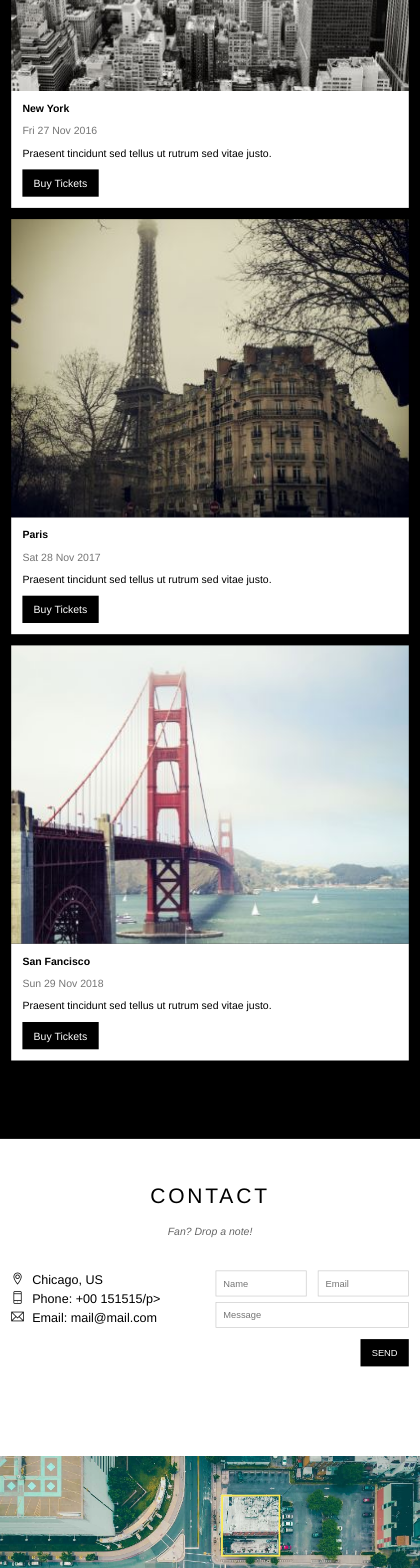
Repository: ThinhTran2k/BigBang-Band-Website
Page: index.html
These files come from the project's save history. The page is drawn as it stood at one moment and after a run of saves; the edit follows.
The browser window is 600 px wide. The pictures show the part of the page from y = 4260 to 6500 px (the page is 6870 px tall before and 6951 px after), at 70% of full size.

Above is the page before, as saved 2021-03-16 18:16:56.
Console error: TypeError: Cannot set properties of undefined (setting 'onclick')

### index.html
<!DOCTYPE html>
<html lang="en">
<head>
    <meta charset="UTF-8">
    <meta http-equiv="X-UA-Compatible" content="IE=edge">
    <meta name="viewport" content="width=device-width, initial-scale=1.0">
    <title>Brand</title>
    <link rel="icon" href="asset/img/favicon.png" type="image/x-icon" />
    <link rel="stylesheet" href="./asset/css/style.css">
    <link rel="stylesheet" href="./asset/css/responsive.css">
    <link rel="stylesheet" href="./asset/font/themify-icons/themify-icons.css">
</head>
<body>
    <div class="wrapper">
        <div class="header">
            <!-- Navigation -->
            <ul class="nav">
                <li><a href="#">Home</a></li>
                <li><a href="#band">Band</a></li>
                <li><a href="#tour">Tour</a></li>
                <li><a href="#contact">Contact</a></li>
                <li>
                    <a href="#">
                        More
                        <i class="nav-arrow-icon ti-angle-down"></i>
                    </a>
                    <ul class="subnav">
                        <li><a href="#">Merchandise</a></li>
                        <li><a href="#">Extras</a></li>
                        <li><a href="#">Media</a></li>
                    </ul>
                </li>
            </ul>

            <!-- Search -->
            <div class="header__search">
                <i class="header__search-icon ti-search"> </i>
            </div>

            <div class="mobi-menu-responsive">
                <i class="menu-icon ti-menu"></i>
            </div>
        </div>

        <div class="slider">
            <div class="text-content">
                <h2 class="text-heading">New York</h2>
                <div class="text-description">The atmosphere in New York is lorem ipsum.</div>
            </div>
        </div>

        <div class="content" >
            <div class="content-section" id="band">
                <h2 class="section-heading">THE BAND</h2>
                <p class="section-subheading">We love music</p>
                <p class="about">We have created a fictional band website. Lorem ipsum dolor sit amet, consectetur adipiscing elit, sed do eiusmod tempor
                incididunt ut labore et dolore magna aliqua. Ut enim ad minim veniam, quis nostrud exercitation ullamco laboris nisi ut
                aliquip ex ea commodo consequat. Duis aute irure dolor in reprehenderit in voluptate velit esse cillum dolore eu fugiat
                nulla pariatur. Excepteur sint occaecat cupidatat non proident, sunt in culpa qui officia deserunt mollit anim id est
                laborum consectetur adipiscing elit, sed do eiusmod tempor incididunt ut labore et dolore magna aliqua. Ut enim ad minim
                veniam, quis nostrud exercitation ullamco laboris nisi ut aliquip ex ea commodo consequat.
                </p>

                <div class="row member-list member-list-resp">
                    <div class="member-item member-item-resp">
                        <p class="member-name">T.O.P</p>
                        <img src="./asset/img/T.O.P.jpg" alt="name" class="member-img">
                    </div>
                    <div class="member-item member-item-resp">
                        <p class="member-name">Taeyong</p>
                        <img src="./asset/img/Taeyong.jpg" alt="name" class="member-img">
                    </div>
                    <div class="member-item member-item-resp">
                        <p class="member-name">G-Dragon</p>
                        <img src="./asset/img/G-dragon.jpg" alt="name" class="member-img">
                    </div>
                    <div class="member-item member-item-resp">
                        <p class="member-name">Deasung</p>
                        <img src="./asset/img/Deasung.jpg" alt="name" class="member-img">
                    </div>
                    <div class="member-item member-item-resp">
                        <p class="member-name">Seungri</p>
                        <img src="./asset/img/Seung-hyun.png" alt="name" class="member-img">
                    </div>
                </div>
            </div>
            <div class="content-section--black" id="tour">
                <div class="content-section">
                    <h2 class="section-heading text-white">TOUR DATES</h2>
                    <p class="section-subheading text-white">Remember to book your tickets!</p>
                    <!-- Tickets -->
                    <ul class="tickets-list">
                        <li>September <span class="sold-out">Sold out</span></li>
                        <li>October <span class="sold-out">Sold out</span></li>
                        <li>November <span class="quantity">3</span></li>
                    </ul>
                    <!-- Places -->
                    <div class="row place-list">
                        <div class="col col-third s-col-full mt-16">
                            <img src="./asset/img/newyork.jpg" alt="place" class="place-img">
                            <div class="place-content">
                                <h3 class="place-heading">New York</h3>
                                <p class="place-time">Fri 27 Nov 2016</p>
                                <p class="place-desc">Praesent tincidunt sed tellus ut rutrum sed vitae justo.</p>
                                <a href="#" class="place-buy-btn">Buy Tickets</a>
                            </div>
                        </div>
                        <div class="col col-third s-col-full mt-16">
                            <img src="./asset/img/paris.jpg" alt="place" class="place-img">
                            <div class="place-content">
                                <h3 class="place-heading">Paris</h3>
                                <p class="place-time">Sat 28 Nov 2017</p>
                                <p class="place-desc">Praesent tincidunt sed tellus ut rutrum sed vitae justo.</p>
                                <a href="#" class="place-buy-btn">Buy Tickets</a>
                            </div>
                        </div>
                        <div class="col col-third s-col-full mt-16">
                            <img src="./asset/img/sanfran.jpg" alt="place" class="place-img">
                            <div class="place-content">
                                <h3 class="place-heading">San Fancisco</h3>
                                <p class="place-time">Sun 29 Nov 2018</p>
                                <p class="place-desc">Praesent tincidunt sed tellus ut rutrum sed vitae justo.</p>
                                <a href="#" class="place-buy-btn">Buy Tickets</a>
                            </div>
                        </div>
                    </div>
                </div>
            </div>
            <div class="content-section" id="contact">
                <h2 class="section-heading">CONTACT</h2>
                <p class="section-subheading">Fan? Drop a note!</p>

                <div class="row contact-content">
                    <div class="col col-half s-col-full contact-infor">
                        <p><i class="ti-location-pin"></i>Chicago, US</p>
                        <p><i class="ti-mobile"></i>Phone: +00 151515/p>
                        <p><i class="ti-email"></i>Email: mail@mail.com</p>
                    </div>
                    <div class="col col-half s-col-full contact-form">
                        <form action="">
                            <div class="row ">
                                <div class="col col-half">
                                    <input type="text" name="" id="" class="form-control" required placeholder="Name">
                                </div>
                                <div class="col col-half">
                                    <input type="email" name="" id="" class="form-control" required placeholder="Email">
                                </div>
                            </div>
                            <div class="row mt-8">
                                <div class="col col-full">
                                    <input type="text" name="" id="" class="form-control" required placeholder="Message">
                                </div>
                            </div>
                            <input type="submit" value="SEND" class="form-btn">
                        </form>
                    </div>
                </div>
            </div>

            <div class="map-section" >
                <img src="./asset/img/map.jpg" alt="map">
            </div>
        </div>

        <div class="footer">
            <div class="social-list">
                <a href=""><i class="ti-facebook"></i></a>
                <a href=""><i class="ti-instagram"></i></a>
                <a href=""><i class="ti-pinterest"></i></a>
                <a href=""><i class="ti-linkedin"></i></a>
                <a href=""><i class="ti-twitter-alter"></i></a>
                <a href=""><i class="ti-dropbox-alt"></i></a>
            </div>
            <p class="copyright">Powered by <a href="#">w3.css</a></p>
        </div>
    </div>

    <script>
        // Tự động thay đổi kích thước khi chọn btn menu
        var headerE = document.querySelector('.header');
        var headerHeight = headerE.clientHeight;
        var menuE = document.querySelector('.mobi-menu-responsive');
        menuE.onclick = function () {
            var status = headerE.clientHeight == headerHeight;
            if(status){
                headerE.style.height = 'auto'
            }else{
                headerE.style.height = null;
            }
        }
        // Tự động đóng khi chọn menu
        var menuItems = document.querySelectorAll('ul li a[href*="#"]');
        for(var i = 0; i<= menuItems.length; i++){
            var menuItem = menuItems[i];

            menuItem.onclick = function (e) {
                var isParentMenu = this.nextElementSibling && this.nextElementSibling.classList.contains('subnav');
                if(isParentMenu){
                    e.preventDefault();
                }else{
                    headerE.style.height = null;
                }
            }
        }


    </script>
</body>
</html>

### asset/css/style.css
/* Reset CSS */
*{
    padding: 0;
    margin: 0;
    box-sizing: border-box;
}

html {
    scroll-behavior: smooth;
    font-family: Helvetica, Arial , sans-serif;
}

/* Common css */
.text-white {
    color: #fff !important;
}
.row {
    display: flex;
    justify-content: space-between;
    margin-left: -8px;
    margin-right: -8px;
}
.col {
    padding: 0 8px;
}
.col-third {
    width: 33.33%;
}
.col-half {
    width: 50%;
}
.col-full {
    width: 100%;
}
.mt-8 {
    margin-top: 8px;
}
.mt-16 {
    margin-top: 16px;
}
/* end */

/* Main */
.wrapper {

}

.header {
    position: fixed;
    top: 0;
    left: 0;
    right: 0;
    z-index: 1;
    height: 46px;
    background-color: #000;
}

.nav {
    display: inline-block;
}
.nav .subnav {
    display: none;
    position: absolute;
    top: 100%;
    left: 0;
    min-width: 160px;
    background-color: #fff;
    box-shadow: 0 0 10px rgba(0, 0, 0, 0.3);
}
.nav, .subnav {
    list-style: none;
}
.nav .subnav li:hover, .nav > li:hover > a {
    color: #000;
    background-color: #ccc;
}
.nav .subnav a {
    line-height: 38px;
    padding: 0 16px;
    color: #000;
}

.nav li:hover .subnav {
    display: block;
}
.nav > li {
    display: inline-block;
}
.nav > li > a {
    text-transform: uppercase;
    color: #fff;
}
.nav li{
    position: relative;
}
.nav li a {
    display: block;
    cursor: pointer;
    padding: 0 24px;
    line-height: 46px;
    text-decoration: none;
}
.nav-arrow-icon {
    font-size: 14px;
}

.mobi-menu-responsive {
    position: absolute;
    top: 0;
    right: 0;
}
.header .header__search,
.header .mobi-menu-responsive {
    display: none;
    float: right;
    padding: 0 21px;
    line-height: 46px;
}
.header .header__search:hover {
    cursor: pointer;
    background-color: #f44336;
}
.header .mobi-menu-responsive:hover {
    background-color: #ccc;
}
.header .menu-icon:hover {
    color: #000;
}
.header .menu-icon,
.header__search-icon {
    color: #fff;
    font-size: 20px;
}

.slider {
    position: relative;
    margin-top: 46px;
    padding-top: 50%;
    background-image: url('/asset/img/slider2.jpg');
    background-size: cover;
    background-repeat: no-repeat;
    background-position: top center;
}
.text-content {
    position: absolute;
    color: #fff;
    bottom: 48px;
    left: 50%;
    transform: translateX(-50%);
    text-align: center;
}
.text-heading {
    font-weight: 500;
}
.text-description {
    padding-top: 15px;
}


.content {

}
.content-section {
    width: 800px;
    max-width: 100%;
    margin: 0 auto;
    padding: 64px 16px 112px;
}
.section-heading {
    font-weight: 500;
    font-size: 30px;
    text-align: center;
    letter-spacing: 4px;
}
.section-subheading {
    font-size: 15px;
    text-align: center;
    margin-top: 25px;
    font-style: italic;
    opacity: 0.6;
}
.about {
    margin-top: 25px;
    font-size: 15px;
    text-align: justify;
    line-height: 1.5;
}
.member-list {
    margin-top: 38px;
    padding: 32px 0;
}
.member-item {
    display: flex;
    flex-direction: column;
    align-items: center;
    justify-content: center;
    width: 20%;
}
.member-item .member-name {
    margin-bottom: 15px;
}
.member-item .member-img {
    border-radius: 5px;
    width: 150px;
    object-fit: contain;
}
.content-section--black {
    background-color: #000;
}
.tickets-list {
    list-style: none;
    margin-top: 40px;
    background-color: #fff;
}
.tickets-list li {
    color: #757575;
    font-size: 15px;
    padding: 11px 16px;
    border-bottom: 1px solid #ddd;
}
.sold-out {
    background-color: #f44336;
    padding: 3px 4px;
    color: #fff;
    margin-left: 16px;
}
.quantity {
    float: right;
    width: 24px;
    height: 24px;
    line-height: 24px;
    text-align: center;
    border-radius: 50%;
    background-color: #000;
    color: #fff;
}
.place-list {
    margin-top: 16px;
}
.place-img {
    display: block;
    width: 100%;
}
.place-img:hover { opacity: 0.6;}
.place-content {
    font-size: 15px;
    padding: 16px;
    background-color: #fff;
}
.place-heading {
    font-size: 15px;
    font-weight: 600;
}
.place-time {
    color: #757575;
    margin-top: 15px;
}
.place-desc {
    margin-top: 15px;
}
.place-buy-btn {
    display: inline-block;
    color: #fff;
    background-color: #000;
    padding: 11px 16px;
    margin-top: 15px;
    text-decoration: none;
}
.place-buy-btn:hover {color: #000; background-color: #ccc;}
/* Contact Form */
.contact-content {
    margin-top: 48px;
}
.contact-infor {
    font-size: 18px;
    line-height: 1.5;
}
.contact-infor i[class*="ti-"] { width: 30px; display: inline-block;}
.contact-form {
    font-size: 15px;
}
.form-control {
    padding: 10px;
    border: 1px solid #ccc;
    width: 100%;
}

.form-btn {
    display: block;
    margin-left: auto;
    margin-top: 16px;
    margin-bottom: 16px;
    padding: 12px 16px;
    text-align: right;
    border:none;
    color: #fff;
    background-color: #000;
}
.form-btn:hover { background-color: #ccc; cursor: pointer;color: #000;}
/* Map */
.map-section img {
    width: 100%;
}

.footer {
    padding: 64px 16px;
    text-align: center;
}
.footer .social-list {
    font-size: 24px;
}
.footer .social-list a {text-decoration: none; color: rgba(0, 0, 0, 0.6);}
.footer .social-list a:hover ,.footer .copyright a:hover { color: rgba(0, 0, 0, 0.4);}
.footer .copyright {
    margin-top: 15px;
    font-size: 15px;
    color: rgba(0, 0, 0, 0.6);
}
.footer .copyright a {
    color: rgba(0, 0, 0, 0.6);
}

### asset/css/responsive.css
/* Mobile */
@media (max-width: 740px) {
    .header .header__search {
        display: none;
    }
    .header .mobi-menu-responsive {
        display: block;
    }
    .header {
        overflow: hidden;
    }
    .nav > li {
        display: block;
    }
    .nav .subnav {
        position: initial;
        background-color: #333;
    }
    .nav .subnav a {
        color: #fff;
        padding: 5px 40px;
    }
    .nav {
        display: block;
    }
    .nav > li:first-child {
        display: inline-block;
    }
    .member-list-resp {
        display: block;
        margin-top: 0;
    }
    .member-item-resp {
        padding-top: 35px;
        width: 100%;
    }
    .member-item .member-img {
        width: 60%;
    }
    .s-col-full {
        width: 100%;
    }
    .place-list {
        display: block;
    }
    .place-img {
        height: 60%;
    }
}

Loaded but not shown: asset/font/themify-icons/themify-icons.css (common file)

After the next 2 saves:
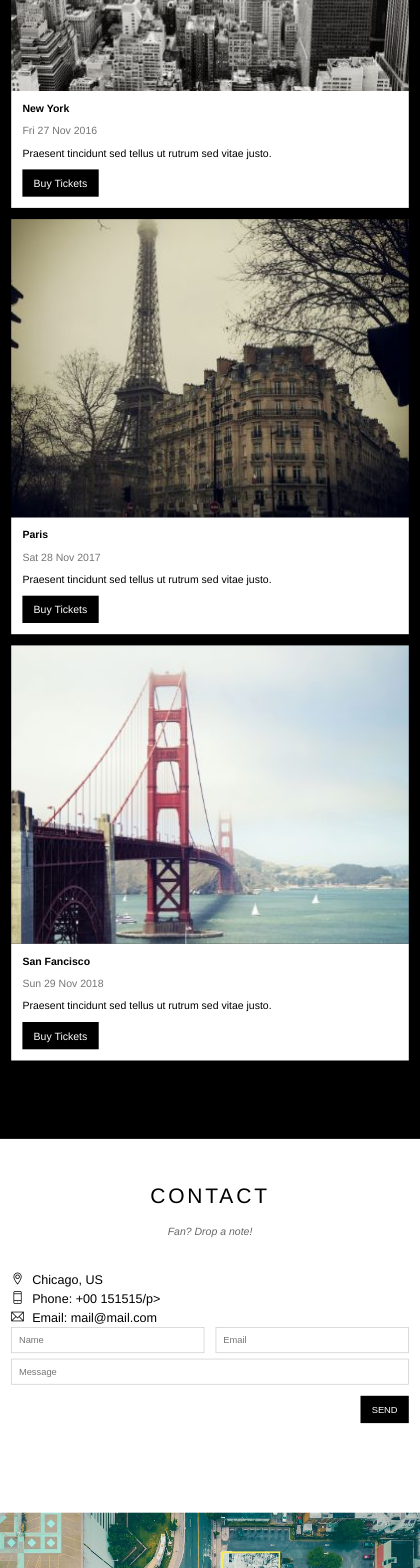
The 2 saves are shown as one change because they came seconds apart.
The last was saved 26 s later.
--- a/asset/css/responsive.css
+++ b/asset/css/responsive.css
@@ -46,4 +46,7 @@
     .place-img {
         height: 60%;
     }
+    .contact-content {
+        display: block;
+    }
 }
